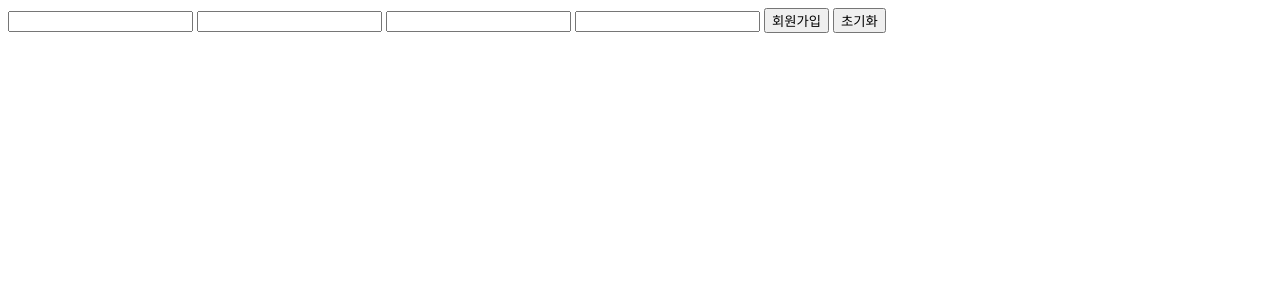
Repository: Kimhwawon/jsp_practice
Page: http://localhost/JSPBasic/JsObject/1.requests/req_join_form.jsp
An editor plug-in stored every save of this project. The page is shown before and after the next save, followed by the edit.
The browser window is 1280 px wide. The pictures show the whole page.
The page is served by Tomcat 9.

Above is the page before, as saved 2022-02-04 02:11:05.

After the next save:
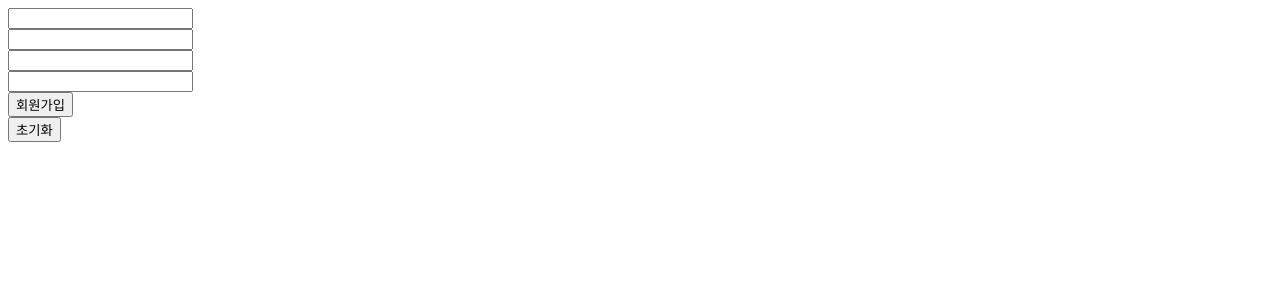
Saved 32 s later.
--- a/JSPBasic/src/main/webapp/JsObject/1.requests/req_join_form.jsp
+++ b/JSPBasic/src/main/webapp/JsObject/1.requests/req_join_form.jsp
@@ -8,12 +8,12 @@
 </head>
 <body>
 	<form action="req_join_result.jsp" method="post">
-		<input type= "text" name="id" >
-		<input type="password" name="pw">
-		<input type="text" name="name">
-		<input type="text" name="eag">
+		<input type= "text" name="id" > <br/>
+		<input type="password" name="pw"><br/>
+		<input type="text" name="name"><br/>
+		<input type="text" name="eag"><br/>
 
-		<input type="submit" value="회원가입">
+		<input type="submit" value="회원가입"><br/>
 		<input type="reset" value="초기화">
 	</form>
 </body>
